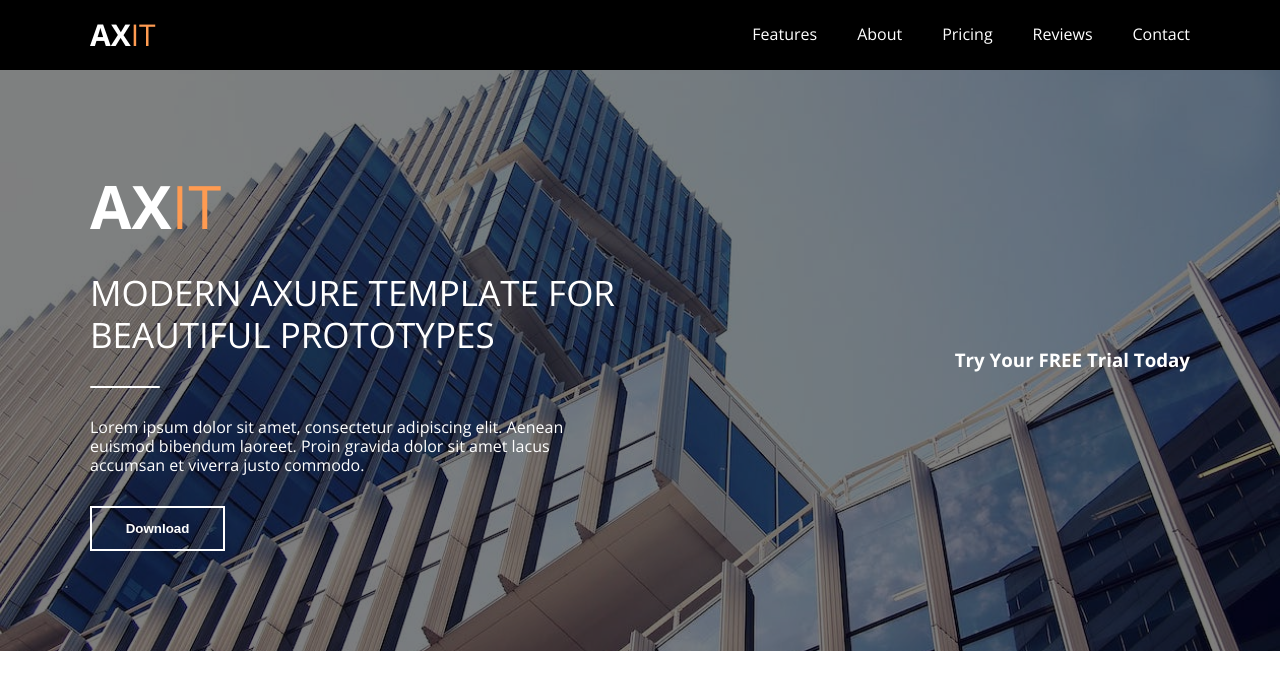
Repository: dinhtri123/axureThems
Page: index.html
These files come from the project's save history. The page is drawn as it stood at one moment and after a run of saves; the edit follows.
The browser window is 1280 px wide. The pictures show the whole page.

Above is the page before, as saved 2023-02-11 15:14:29.

### index.html
<!DOCTYPE html>
<html lang="en">
  <head>
    <meta charset="UTF-8" />
    <meta http-equiv="X-UA-Compatible" content="IE=edge" />
    <meta name="viewport" content="width=device-width, initial-scale=1.0" />
    <title>Axure Themes</title>
    <script
      type="module"
      src="https://unpkg.com/ionicons@5.5.2/dist/ionicons/ionicons.esm.js"
    ></script>
    <script
      nomodule
      src="https://unpkg.com/ionicons@5.5.2/dist/ionicons/ionicons.js"
    ></script>
    <link rel="stylesheet" href="style.css" />
  </head>
  <body>
    <header>
      <div class="container headerMain">
        <a href="index.html" class="logo">
          <span>AX</span>
          <span>IT</span>
        </a>
        <nav>
          <ul>
            <li><a href="#">Features</a></li>
            <li><a href="#">About</a></li>
            <li><a href="#">Pricing</a></li>
            <li><a href="#">Reviews</a></li>
            <li><a href="#">Contact</a></li>
          </ul>
        </nav>
      </div>
    </header>
    <div class="banner">
        <div class="imageBanner">
            <img src="./image/banner.jpeg" alt="">
        </div>
      <div class="container bannerMain">
        <div class="bannerLeft">
          <a href="index.html" class="logo logoBanner">
            <span>AX</span>
            <span>IT</span>
          </a>
          <h3>MODERN AXURE TEMPLATE FOR BEAUTIFUL PROTOTYPES</h3>
          <span></span>
          <p>
            Lorem ipsum dolor sit amet, consectetur adipiscing elit. Aenean
            euismod bibendum laoreet. Proin gravida dolor sit amet lacus
            accumsan et viverra justo commodo.
          </p>
          <button class="btn">Download</button>
        </div>
        <div class="bannerRight">
            <form autocomplete="off">
                <h3>Try Your <span>FREE</span> Trial Today</h3>
                <div>

                </div>
            </form>
        </div>
      </div>
    </div>
  </body>
</html>

### style.css
@import url("https://fonts.googleapis.com/css2?family=Open+Sans:wght@400;500;600;700&display=swap");
* {
  margin: 0;
  padding: 0;
  box-sizing: border-box;
  scroll-behavior: smooth;
}
:root {
  --bg-black: #000;
  --bg-white: #fff;
}
body {
  font-family: "Open Sans", sans-serif;
  font-weight: 400;
  font-size: 16px;
  line-height: 1.2;
  width: 100%;
  max-height: 100vh;
  height: 100%;
  color: var(--bg-white);
}

.container {
  max-width: 1100px;
  width: 100%;
  height: 100%;
  margin: 0px auto;
}

header {
  width: 100%;
  height: 70px;
  background: var(--bg-black);
}
.headerMain {
  display: flex;
  justify-content: space-between;
  align-items: center;
}
.logo {
  display: flex;
  text-decoration: none;
  font-size: 30px;
}
.logo span:first-child {
  font-weight: 700;
  color: var(--bg-white);
}
.logo span:last-child {
  font-weight: 400;
  color: #ff9b51;
}
nav ul {
  display: flex;
  align-items: center;
  gap: 40px;
  list-style: none;
}
nav ul li a {
  text-decoration: none;
  color: var(--bg-white);
}

/* --------------------- */

/* --------BANNER------------ */

.banner {
  width: 100%;
  background: var(--bg-black);
  position: relative;
}
.imageBanner {
  position: absolute;
  inset: 0;
  width: 100%;
  height: 100%;
  z-index: 0;
  filter: brightness(0.5);
}
.imageBanner img {
  width: 100%;
  height: 100%;
  object-fit: cover;
}
.bannerMain {
  padding: 100px 0px;
  display: grid;
  grid-template-columns: repeat(2, 1fr);
  gap: 50px;
  z-index: 10;
  isolation: isolate;
}
.bannerLeft {
  display: flex;
  flex-direction: column;
  gap: 30px;
}
.bannerRight {
  display: flex;
  justify-content: end;
  align-items: center;
}

.logoBanner {
  font-size: 60px;
}
.bannerLeft > h3 {
  font-size: 35px;
  font-weight: 300;
}
.bannerLeft > span {
  width: 70px;
  height: 2px;
  background-color: var(--bg-white);
  border-radius: 8px;
}
.bannerLeft > p {
}
.btn {
  width: 135px;
  height: 45px;
  border: 2px solid var(--bg-white);
  display: flex;
  justify-content: center;
  align-items: center;
  font-weight: 600;
  background: transparent;
  color:var(--bg-white);
}

After the next 2 saves:
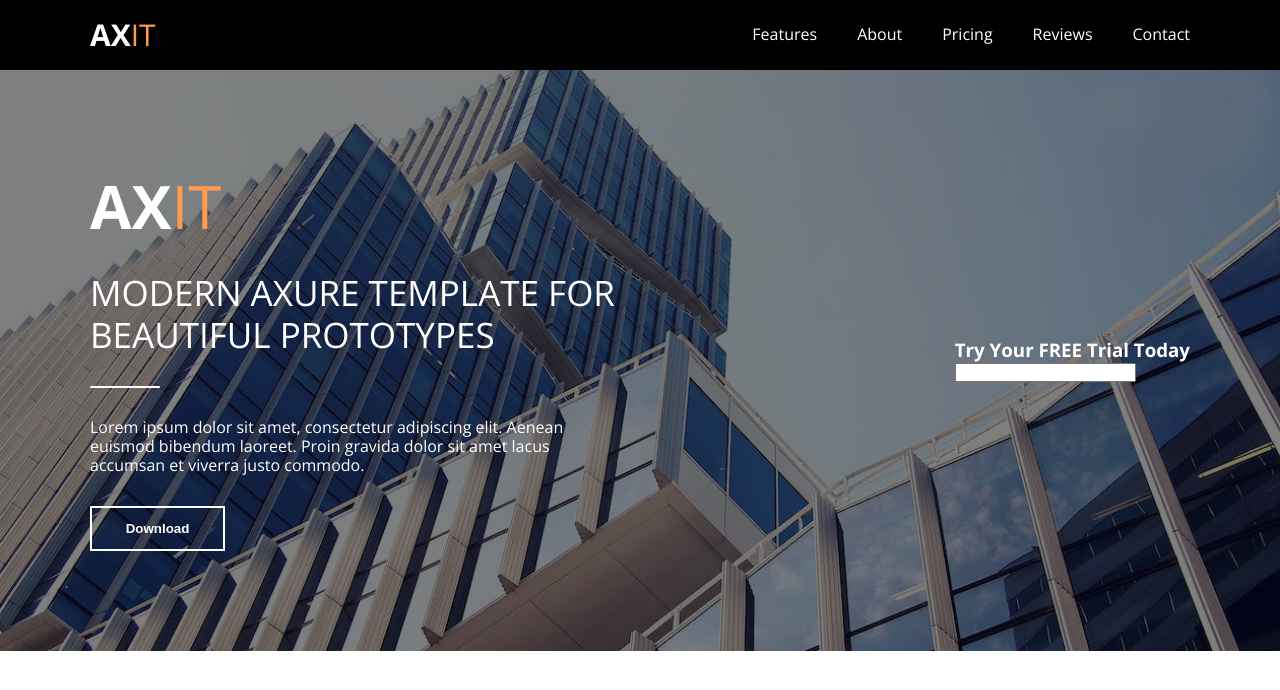
The 2 saves are shown as one change because they came seconds apart.
The last was saved 8 s later.
--- a/index.html
+++ b/index.html
@@ -56,7 +56,7 @@
             <form autocomplete="off">
                 <h3>Try Your <span>FREE</span> Trial Today</h3>
                 <div>
-
+                    <input type="text" name="name" id="">
                 </div>
             </form>
         </div>
